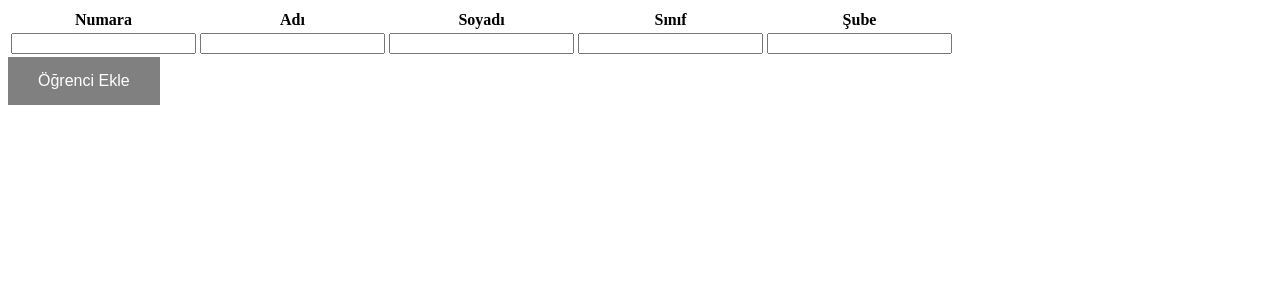
Repository: golkemeren/IleriJava101Java201Java301
Page: http://localhost/Displatcher_10/OgrenciEkle.jsp
The author's editor kept a copy of each file at every save. The page is drawn from the files as they stood at one save, then again after the next save.
The browser window is 1280 px wide. The pictures show the whole page.
The pointer rests on the first visible `.button`.
The page is served by Tomcat 10.

Above is the page before, as saved 2023-03-23 15:16:43.

After the next save:
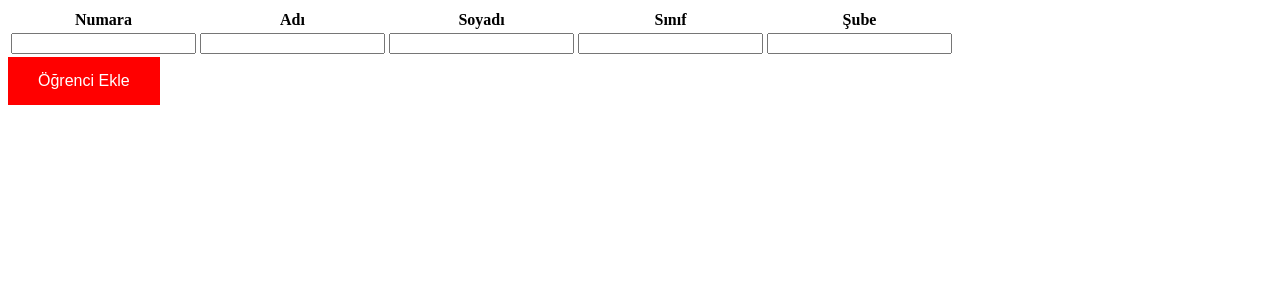
Saved 23 s later.
--- a/Displatcher_10/src/main/webapp/OgrenciEkle.jsp
+++ b/Displatcher_10/src/main/webapp/OgrenciEkle.jsp
@@ -19,7 +19,7 @@ font-size:16px;
 transition : background-color 1s ease;
 }
 .button:hover {
-background-color:grey;
+background-color:red;
 cursor:pointer;
 }
 
